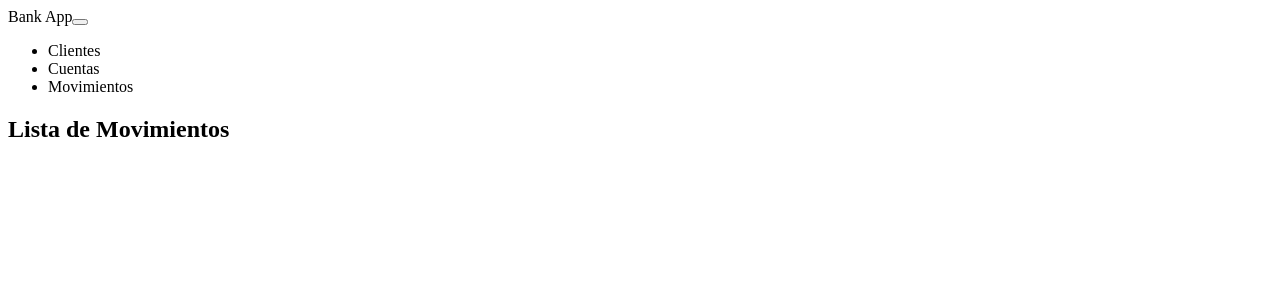
Repository: justsantg/bank-app
Page: /movimientos (app in frontend/)
An editor plug-in stored every save of this project. The page is shown before and after the next save, followed by the edit.
The browser window is 1280 px wide. The pictures show the whole page.
The page's requests for data from a server got no answer. The project was rebuilt for these pictures with package versions that can differ from the ones it lists, and the page was loaded fresh each time. No one was signed in, and anything a server would have sent is missing. Also part of the build but not shown: frontend/src/app/components/clientes/cliente-list/cliente-list.component.ts, frontend/src/app/services/cliente.service.ts, frontend/src/app/components/cuentas/cuenta-list/cuenta-list.component.ts, frontend/src/app/services/cuenta.service.ts.

Above is the page before, as saved 2025-03-15 12:41:54.

### frontend/src/main.ts
import { bootstrapApplication } from '@angular/platform-browser';
import { AppComponent } from './app/app.component';
import { provideHttpClient } from '@angular/common/http';
import { provideRouter } from '@angular/router';
import { routes } from './app/app.routes';

bootstrapApplication(AppComponent, {
  providers: [
    provideRouter(routes), // Asegurar que las rutas están registradas
    provideHttpClient()    // Asegurar que HttpClient está disponible en toda la app
  ]
}).catch(err => console.error(err));

### frontend/src/app/app.component.ts
import { Component } from '@angular/core';
import { RouterOutlet } from '@angular/router';

@Component({
  selector: 'app-root',
  standalone: true,
  imports: [RouterOutlet], // Importar RouterOutlet aquí
  templateUrl: './app.component.html',
  styleUrls: ['./app.component.css']
})
export class AppComponent {
  title = 'Bank App';
}

### frontend/src/app/app.routes.ts
import { Routes } from '@angular/router';
import { ClienteListComponent } from './components/clientes/cliente-list/cliente-list.component';
import { CuentaListComponent } from './components/cuentas/cuenta-list/cuenta-list.component';
import { MovimientoListComponent } from './components/movimientos/movimiento-list/movimiento-list.component';

export const routes: Routes = [
  { path: 'clientes', component: ClienteListComponent },
  { path: 'cuentas', component: CuentaListComponent },
  { path: 'movimientos', component: MovimientoListComponent },
  { path: '', redirectTo: 'clientes', pathMatch: 'full' } // Redirección inicial
];

### frontend/src/app/app.component.html
<nav class="navbar navbar-expand-lg navbar-dark bg-primary">
  <div class="container">
    <a class="navbar-brand" routerLink="/">Bank App</a>
    <button class="navbar-toggler" type="button" data-bs-toggle="collapse" data-bs-target="#navbarNav">
      <span class="navbar-toggler-icon"></span>
    </button>
    <div class="collapse navbar-collapse" id="navbarNav">
      <ul class="navbar-nav">
        <li class="nav-item">
          <a class="nav-link" routerLink="/clientes" routerLinkActive="active">Clientes</a>
        </li>
        <li class="nav-item">
          <a class="nav-link" routerLink="/cuentas" routerLinkActive="active">Cuentas</a>
        </li>
        <li class="nav-item">
          <a class="nav-link" routerLink="/movimientos" routerLinkActive="active">Movimientos</a>
        </li>
      </ul>
    </div>
  </div>
</nav>

<div class="container mt-4">
  <router-outlet></router-outlet>
</div>

### frontend/src/app/components/movimientos/movimiento-list/movimiento-list.component.ts
import { Component, OnInit } from '@angular/core';
import { CommonModule } from '@angular/common';
import { FormsModule } from '@angular/forms';
import { MovimientoService } from '../../../services/movimiento.service';

@Component({
  selector: 'app-movimiento-list',
  standalone: true,
  imports: [CommonModule, FormsModule], // Importar FormsModule para usar ngModel
  templateUrl: './movimiento-list.component.html',
  styleUrls: ['./movimiento-list.component.css']
})
export class MovimientoListComponent implements OnInit {
  movimientos: any[] = [];
  ultimoMovimiento: any = null;
  mostrarModal: boolean = false;

  constructor(private movimientoService: MovimientoService) {}

  ngOnInit(): void {
    this.obtenerMovimientos();
  }

  obtenerMovimientos(): void {
    this.movimientoService.getMovimientos().subscribe({
      next: (data) => {
        console.log('Movimientos recibidos:', data);
        // Asegurar que cada movimiento tiene su cuenta y su cliente asociado
        this.movimientos = data.map(mov => ({
          ...mov,
          cuenta: mov.cuenta ?? { id: null, tipo: 'Desconocido', saldo: 0, cliente: { nombre: 'No disponible' } }
        }));
      },
      error: (err) => {
        console.error('Error al obtener movimientos:', err);
      }
    });
  }

  // ✅ Método para obtener el último movimiento con cuenta y cliente
  obtenerUltimoMovimiento(cuentaId: number): void {
    this.movimientoService.getUltimoMovimiento(cuentaId).subscribe({
      next: (data) => {
        console.log('Último movimiento recibido:', data);
        this.ultimoMovimiento = {
          ...data,
          cuenta: data.cuenta ?? { id: null, tipo: 'Desconocido', saldo: 0, cliente: { nombre: 'No disponible' } }
        };
        this.mostrarModal = true;
      },
      error: (err) => {
        console.error('Error al obtener el último movimiento:', err);
      }
    });
  }

  cerrarModal(): void {
    this.mostrarModal = false;
    this.ultimoMovimiento = null;
  }
}

### frontend/src/app/services/movimiento.service.ts
import { Injectable } from '@angular/core';
import { HttpClient } from '@angular/common/http';
import { Observable } from 'rxjs';

@Injectable({
  providedIn: 'root'
})
export class MovimientoService {
  private apiUrl = 'http://localhost:3000/movimiento';

  constructor(private http: HttpClient) {}

  getMovimientos(): Observable<any[]> {
    return this.http.get<any[]>(`${this.apiUrl}`);
  }

  // ✅ Agregar este método para obtener el último movimiento de una cuenta
  getUltimoMovimiento(cuentaId: number): Observable<any> {
    return this.http.get<any>(`${this.apiUrl}/ultimo/${cuentaId}`);
  }
}

### frontend/src/app/components/movimientos/movimiento-list/movimiento-list.component.html
<div class="container mt-4">
    <h2>Lista de Movimientos</h2>

    <li *ngFor="let movimiento of movimientos">
        <p><strong>Cliente:</strong> 👤 {{ movimiento.cuenta?.cliente?.nombre || 'No disponible' }}</p>
        <p><strong>Tipo:</strong> {{ movimiento.tipo }}</p>
        <p><strong>Monto:</strong> 💰 {{ movimiento.monto }}</p>
        <p><strong>Fecha:</strong> 📅 {{ movimiento.fecha | date:'short' }}</p>
    </li>


    <ng-template #noMovimientos>
      <p>No hay movimientos registrados.</p>
    </ng-template>

    <!-- 🔥 Modal para mostrar detalles del movimiento -->
    <div *ngIf="mostrarModal" class="modal-backdrop">
      <div class="modal-content">
        <h4>Detalles del Movimiento</h4>
        <p><strong>Monto:</strong> 💰 {{ ultimoMovimiento?.monto }}</p>
        <p><strong>Tipo:</strong> {{ ultimoMovimiento?.tipo === 'Crédito' ? '➕ Crédito' : '➖ Débito' }}</p>
        <p><strong>Fecha:</strong> 📅 {{ ultimoMovimiento?.fecha | date:'short' }}</p>
        <p><strong>Cuenta:</strong> 🏦 {{ ultimoMovimiento?.cuenta?.tipo || 'N/A' }}</p>
        <p><strong>Cliente:</strong> 👤 {{ movimientos.cuenta?.cliente?.nombre || 'No disponible' }}</p>
        <button class="btn btn-danger btn-sm" (click)="cerrarModal()">Cerrar</button>
      </div>
    </div>
  </div>

### frontend/src/app/components/movimientos/movimiento-list/movimiento-list.component.css
.modal-overlay {
    position: fixed;
    top: 0;
    left: 0;
    width: 100%;
    height: 100%;
    background: rgba(0, 0, 0, 0.5);
    display: flex;
    justify-content: center;
    align-items: center;
    z-index: 1000;
  }

  .modal-container {
    background: white;
    padding: 20px;
    border-radius: 10px;
    width: 400px;
    max-width: 90%;
    box-shadow: 0 4px 10px rgba(0, 0, 0, 0.3);
    animation: fadeIn 0.3s ease-in-out;
  }

  .modal-header {
    display: flex;
    justify-content: space-between;
    align-items: center;
    border-bottom: 1px solid #ddd;
    padding-bottom: 10px;
    margin-bottom: 10px;
  }

  .close-btn {
    background: none;
    border: none;
    font-size: 18px;
    cursor: pointer;
  }

  .modal-body p {
    margin: 8px 0;
  }

  @keyframes fadeIn {
    from {
      opacity: 0;
      transform: scale(0.9);
    }
    to {
      opacity: 1;
      transform: scale(1);
    }
  }

Loaded but not shown: frontend/src/index.html (common file); frontend/src/app/app.component.css (no stored copy; drawn as an empty file)

After the next save:
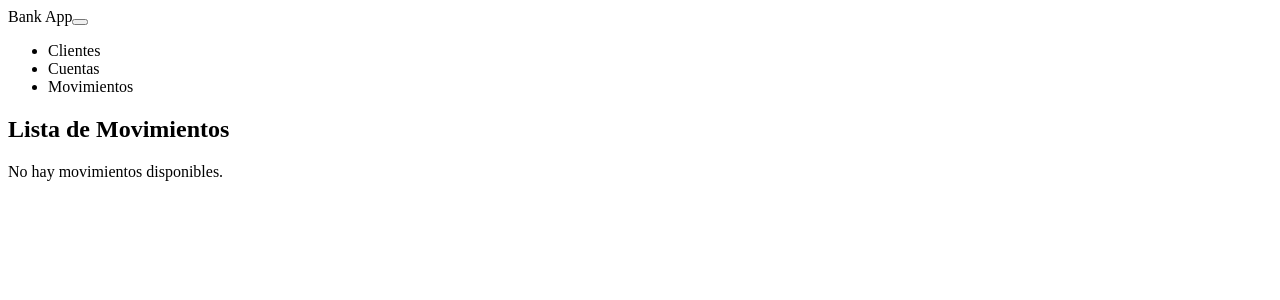
Saved 9 s later.
--- a/frontend/src/app/components/movimientos/movimiento-list/movimiento-list.component.html
+++ b/frontend/src/app/components/movimientos/movimiento-list/movimiento-list.component.html
@@ -1,27 +1,34 @@
 <div class="container mt-4">
     <h2>Lista de Movimientos</h2>
 
-    <li *ngFor="let movimiento of movimientos">
-        <p><strong>Cliente:</strong> 👤 {{ movimiento.cuenta?.cliente?.nombre || 'No disponible' }}</p>
+    <ul *ngIf="movimientos.length > 0; else noMovimientos" class="list-group">
+      <li *ngFor="let movimiento of movimientos" class="list-group-item">
+        <p><strong>Monto:</strong> {{ movimiento.monto }}</p>
         <p><strong>Tipo:</strong> {{ movimiento.tipo }}</p>
-        <p><strong>Monto:</strong> 💰 {{ movimiento.monto }}</p>
-        <p><strong>Fecha:</strong> 📅 {{ movimiento.fecha | date:'short' }}</p>
-    </li>
+        <p><strong>Fecha:</strong> {{ movimiento.fecha | date:'short' }}</p>
+        <p><strong>Cuenta:</strong> {{ movimiento.cuenta?.tipo ?? 'No disponible' }}</p>
+        <p><strong>Cliente:</strong> {{ movimiento.cuenta?.cliente?.nombre ?? 'No disponible' }}</p>
 
+        <!-- Botón para ver detalles -->
+        <button class="btn btn-primary btn-sm mt-2" (click)="obtenerUltimoMovimiento(movimiento.cuenta.id)">
+          Detalles del Movimiento
+        </button>
+      </li>
+    </ul>
 
     <ng-template #noMovimientos>
-      <p>No hay movimientos registrados.</p>
+      <p>No hay movimientos disponibles.</p>
     </ng-template>
 
-    <!-- 🔥 Modal para mostrar detalles del movimiento -->
+    <!-- Modal para mostrar el último movimiento -->
     <div *ngIf="mostrarModal" class="modal-backdrop">
       <div class="modal-content">
-        <h4>Detalles del Movimiento</h4>
-        <p><strong>Monto:</strong> 💰 {{ ultimoMovimiento?.monto }}</p>
-        <p><strong>Tipo:</strong> {{ ultimoMovimiento?.tipo === 'Crédito' ? '➕ Crédito' : '➖ Débito' }}</p>
-        <p><strong>Fecha:</strong> 📅 {{ ultimoMovimiento?.fecha | date:'short' }}</p>
-        <p><strong>Cuenta:</strong> 🏦 {{ ultimoMovimiento?.cuenta?.tipo || 'N/A' }}</p>
-        <p><strong>Cliente:</strong> 👤 {{ movimientos.cuenta?.cliente?.nombre || 'No disponible' }}</p>
+        <h4>Último Movimiento</h4>
+        <p><strong>Monto:</strong> {{ ultimoMovimiento?.monto }}</p>
+        <p><strong>Tipo:</strong> {{ ultimoMovimiento?.tipo }}</p>
+        <p><strong>Fecha:</strong> {{ ultimoMovimiento?.fecha | date:'short' }}</p>
+        <p><strong>Cuenta:</strong> {{ ultimoMovimiento?.cuenta?.tipo ?? 'No disponible' }}</p>
+        <p><strong>Cliente:</strong> {{ ultimoMovimiento?.cuenta?.cliente?.nombre ?? 'No disponible' }}</p>
         <button class="btn btn-danger btn-sm" (click)="cerrarModal()">Cerrar</button>
       </div>
     </div>
